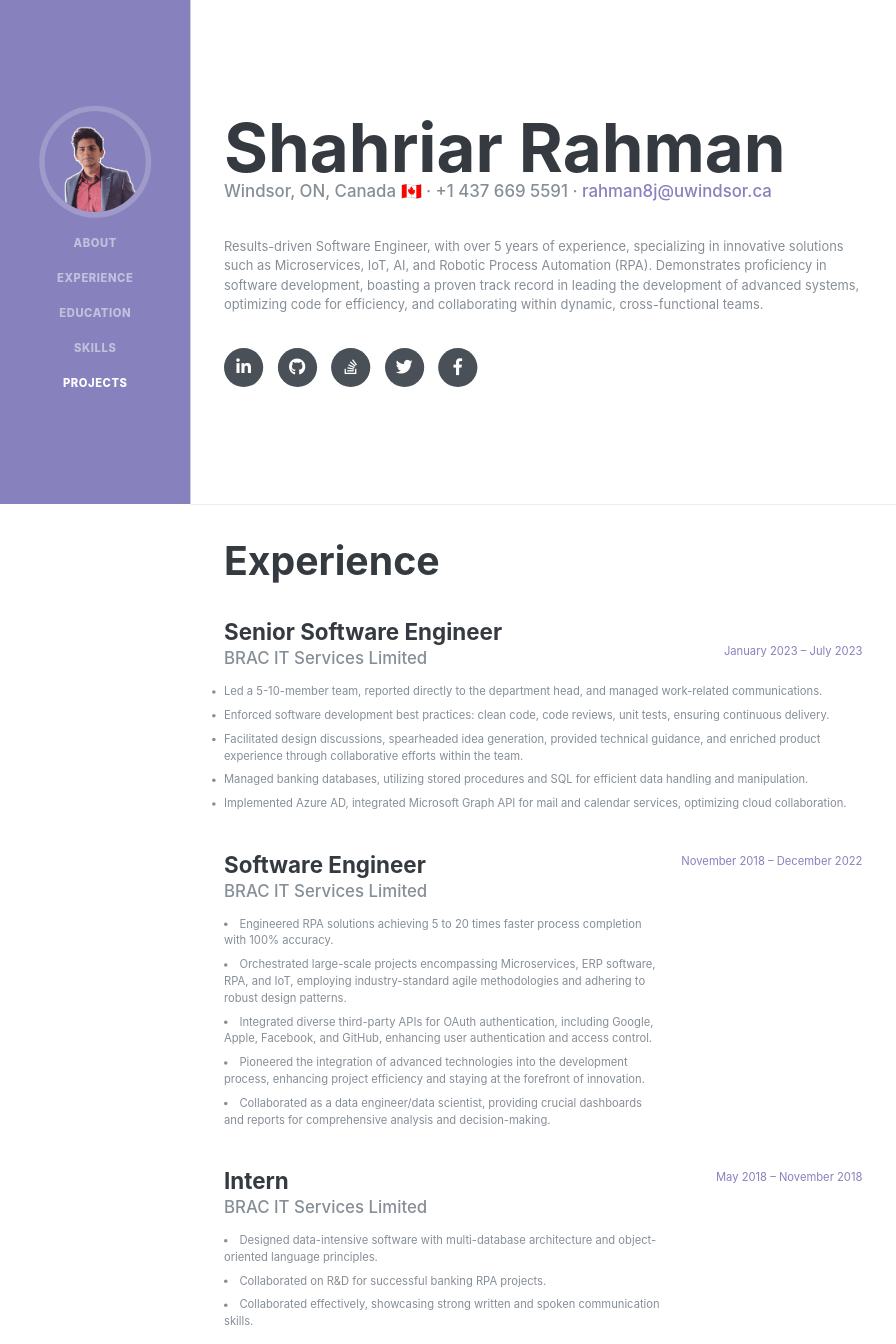
Repository: xahin96/xahin96.github.io
Page: index.html
These files come from the project's save history. The page is drawn as it stood at one moment and after the next save; the edit follows.
The browser window is 1280 px wide. The pictures show the part of the page from y = 0 to 1920 px (the page is 5463 px tall), at 70% of full size.
Some web fonts or font styles are not loaded; a fallback is used.

Above is the page before, as saved 2024-04-27 12:31:46.

After the next save:
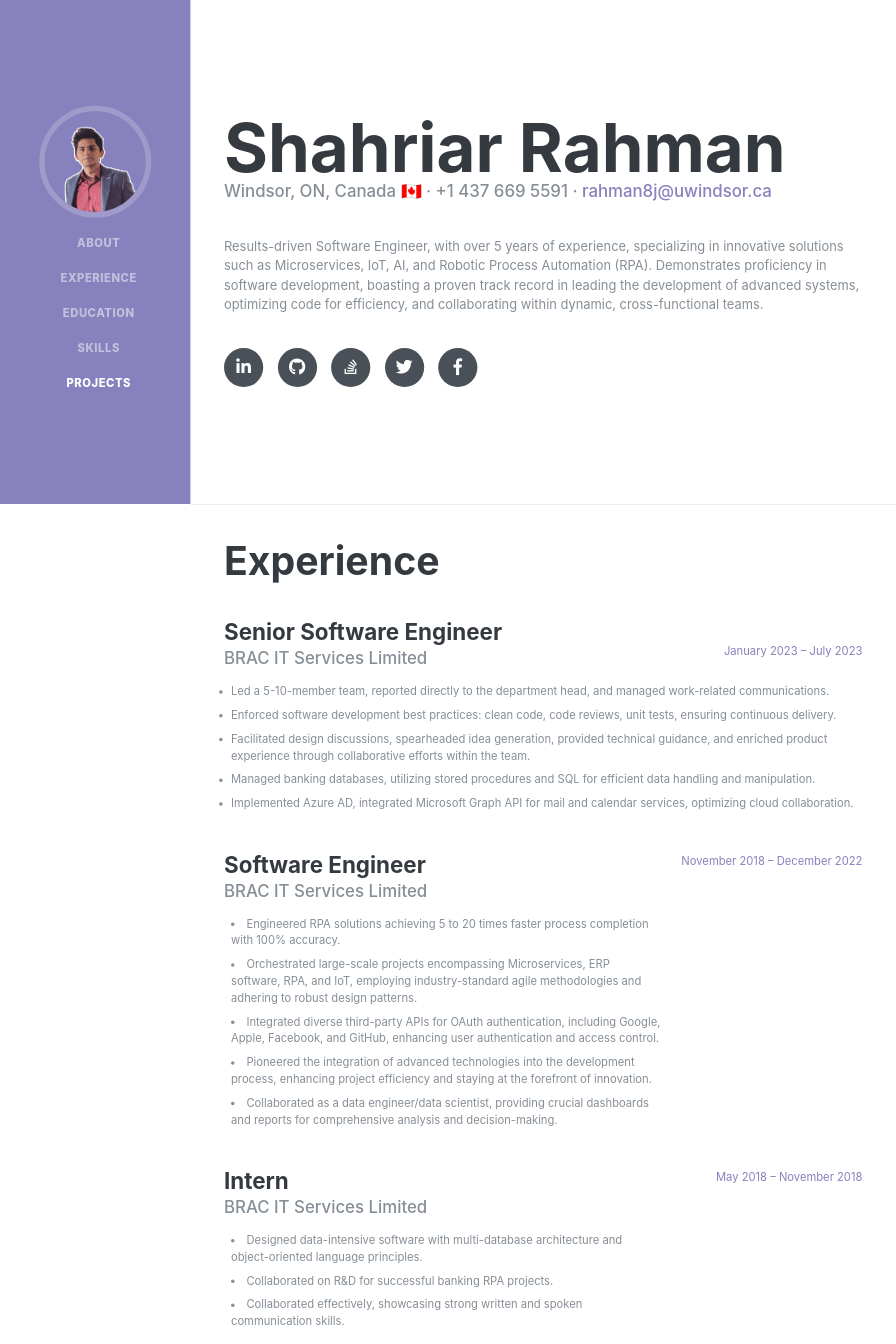
Saved 9 s later.
--- a/css/resume.css
+++ b/css/resume.css
@@ -53,6 +53,7 @@ ul{
 
 li{
   margin-bottom: 10px;
+  margin-left: 10px;
 }
 
 .flex{
